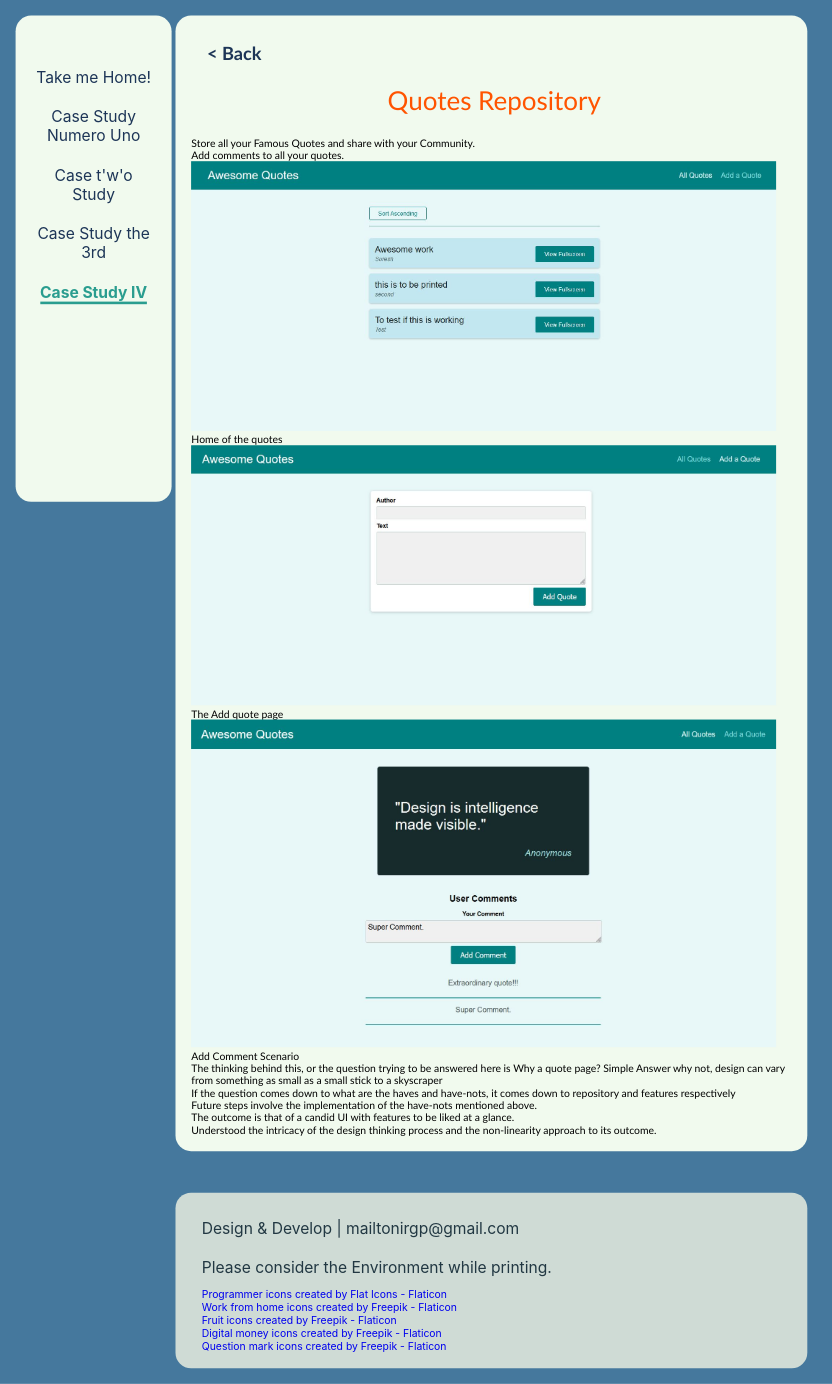
Repository: niranjangp/portfolioReact
Page: /cs-four
An editor plug-in stored every save of this project. The page is shown before and after the next save, followed by the edit.
The browser window is 1280 px wide. The pictures show the whole page, at 65% of full size.
The project was rebuilt for these pictures with package versions that can differ from the ones it lists, and the page was loaded fresh each time. Also part of the build but not shown: src/pages/enterDesign.jsx, src/pages/csOne.jsx, src/pages/csTwo.jsx, src/pages/csThree.jsx, src/pages/notFound.jsx.

Above is the page before, as saved 2022-02-02 01:27:52.

After the next save:
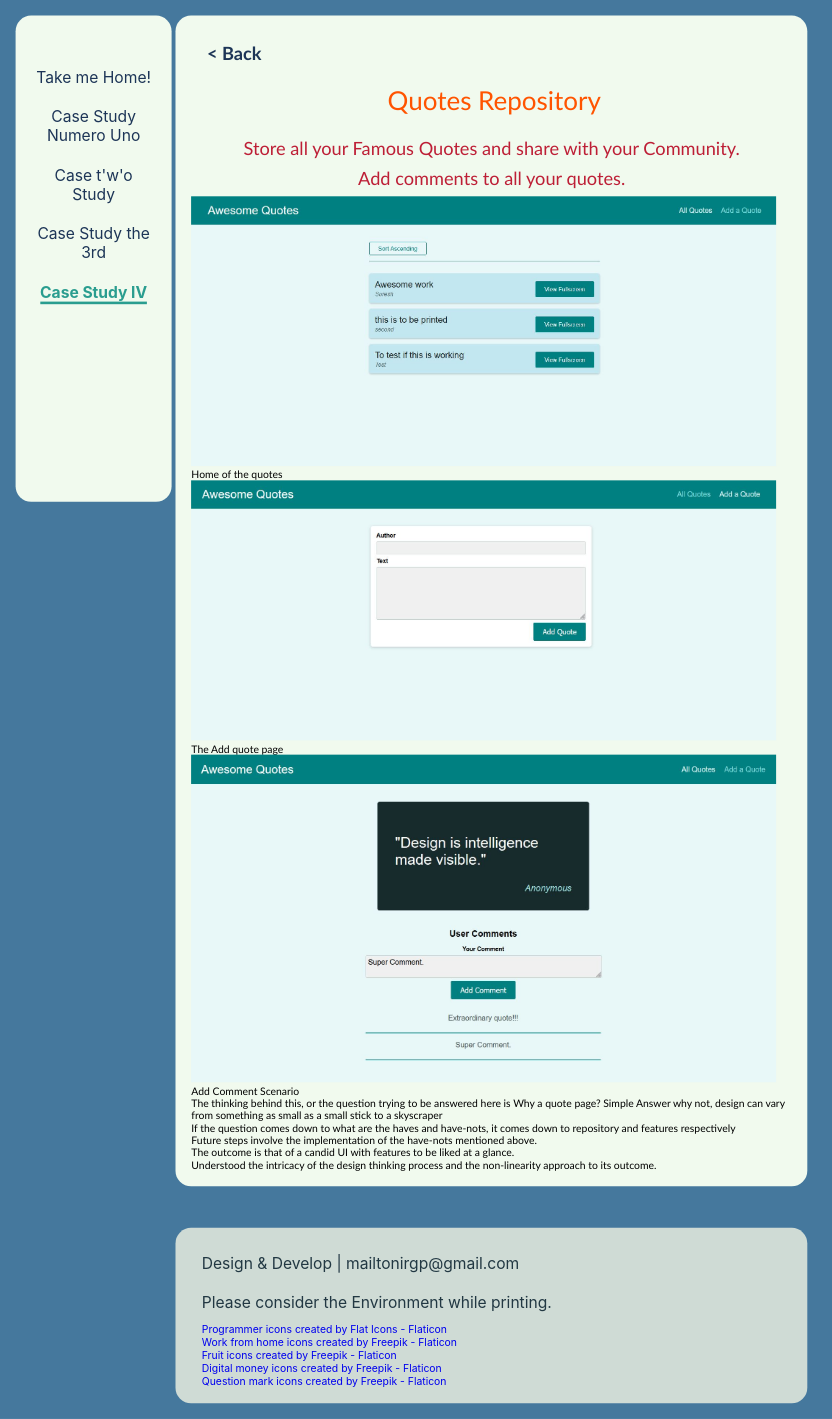
Saved 6 s later.
--- a/src/pages/csFour.jsx
+++ b/src/pages/csFour.jsx
@@ -12,8 +12,8 @@ const csFour = () => {
             <div className='cs4Header'>Quotes Repository</div>
             <div className="quo-body">
                 <div>
-                    <p>Store all your Famous Quotes and share with your Community.</p>
-                    <p>Add comments to all your quotes.</p>
+                    <p className="cs4-para">Store all your Famous Quotes and share with your Community.</p>
+                    <p className="cs4-para">Add comments to all your quotes.</p>
                 </div>
                 <div>
                     <div clasName="quo-pack"><img src={QuoHome} alt="quote-home" className="quoIcon" /><div className="">Home of the quotes</div></div>
